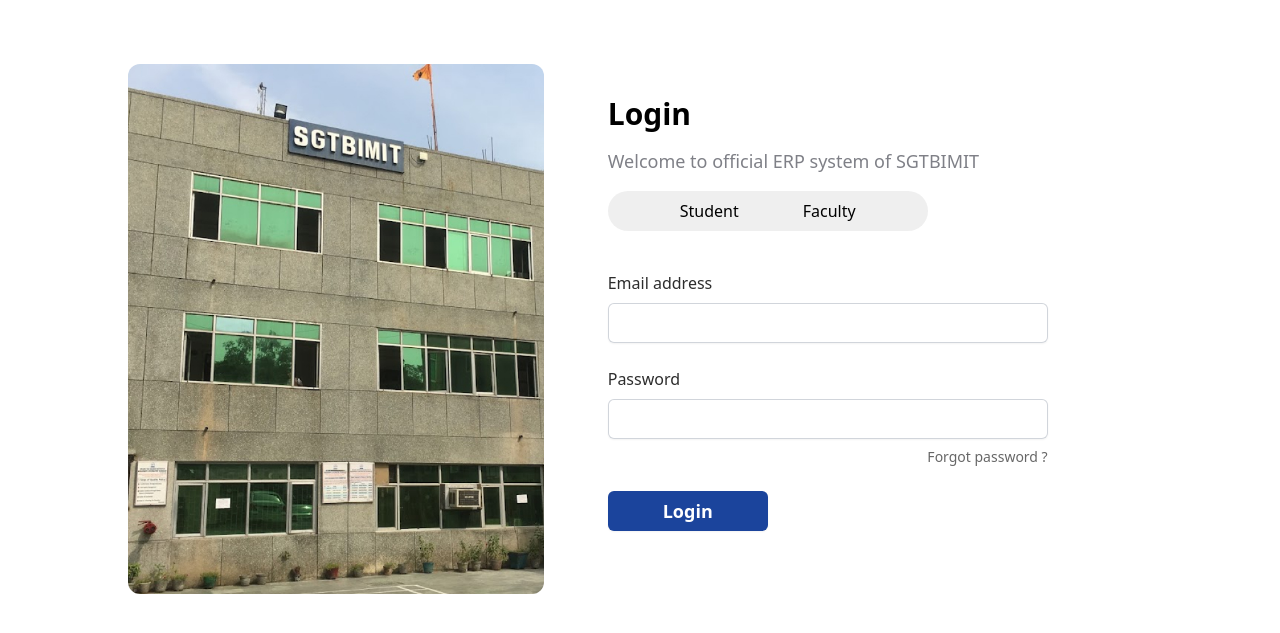
Repository: SehajBindra/SGTBIMIT-ERP-Client
Page: /StudentLogin
An editor plug-in stored every save of this project. The page is shown before and after the next save, followed by the edit.
The browser window is 1280 px wide. The pictures show the whole page.
The project was rebuilt for these pictures with package versions that can differ from the ones it lists, and the page was loaded fresh each time. Also part of the build but not shown: src/LOGIN/Login.js, src/LOGIN/FACULTY/FacultyLogin.js, src/STUDENT_PAGE/StuBody.js, src/STUDENT_PAGE/StuSidebar.js, src/STUDENT_PAGE/StuHeader.js, src/STUDENT_PAGE/StudentHome.js, src/FACULTY_PAGE/FacBody.js, src/FACULTY_PAGE/FacHeader.js and 2 more.

Above is the page before, as saved 2023-05-14 16:42:29.

After the next save:
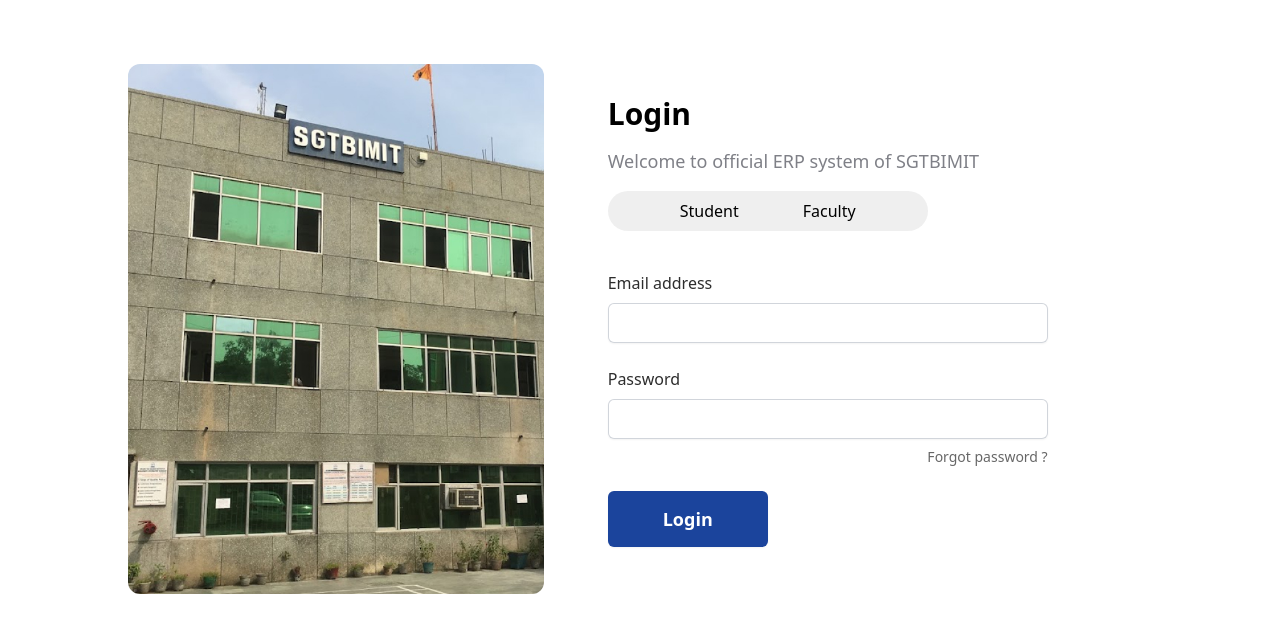
Saved 8 s later.
--- a/src/LOGIN/STUDENT/StudentLogin.js
+++ b/src/LOGIN/STUDENT/StudentLogin.js
@@ -90,7 +90,7 @@
               <div>
                 <button
                   type="submit"
-                  className="flex w-40 justify-center rounded-md bg-[#1B449C] px-3 py-2 text-[18px] font-semibold leading-6 text-white shadow-sm hover:bg-indigo-500 focus-visible:outline focus-visible:outline-2 focus-visible:outline-offset-2 focus-visible:outline-indigo-600"
+                  className="flex w-40 justify-center rounded-md bg-[#1B449C] px-3 py-4 text-[18px] font-semibold leading-6 text-white shadow-sm hover:bg-indigo-500 focus-visible:outline focus-visible:outline-2 focus-visible:outline-offset-2 focus-visible:outline-indigo-600"
                 >
                   Login
                 </button>
